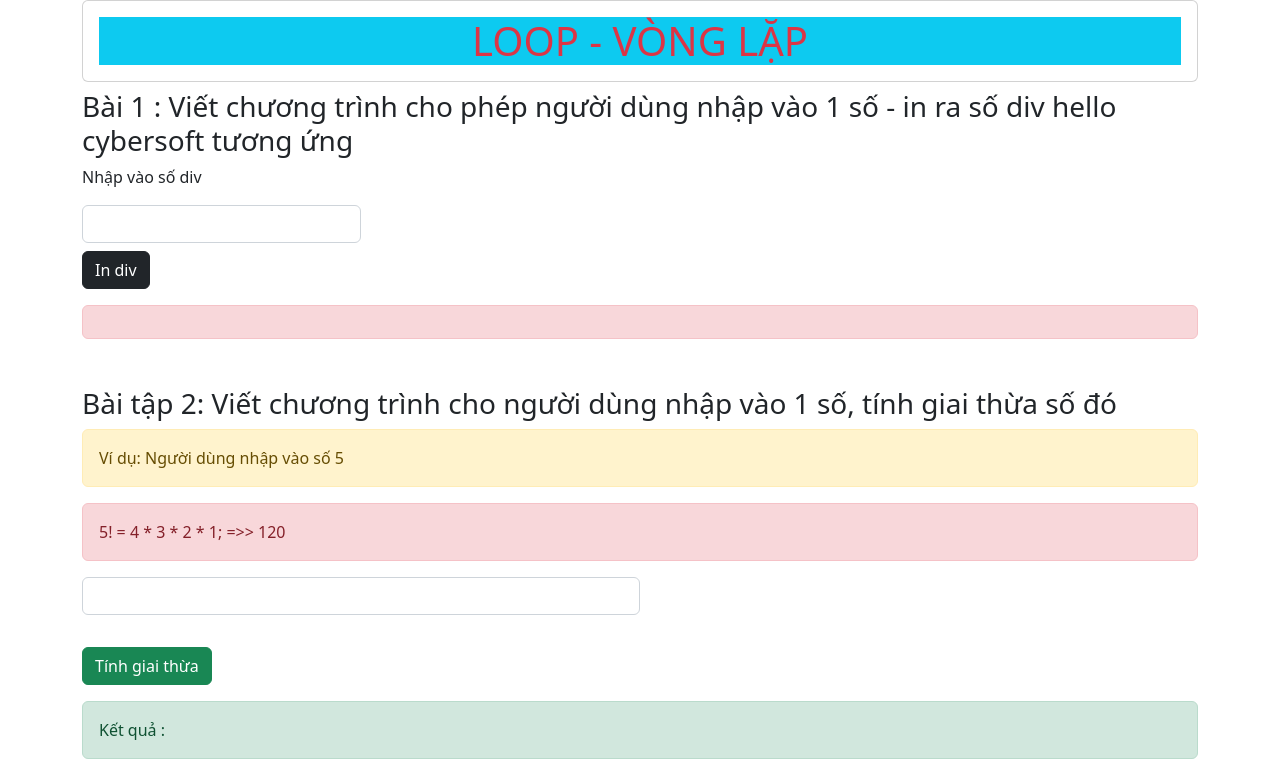
Repository: hcozyph/cyberSoft_JS_fulldocs
Page: JS_6_LOOP/index.html
The author's editor kept a copy of each file at every save. The page is drawn from the files as they stood at one save, then again after the next save.
The browser window is 1280 px wide. The pictures show the whole page.

Above is the page before, as saved 2023-02-08 20:37:46.

### JS_6_LOOP/index.html
<!DOCTYPE html>
<html lang="en">
    <head>
        <title>JS_6_LOOP</title>
        <!-- Required meta tags -->
        <meta charset="utf-8" />
        <meta
            name="viewport"
            content="width=device-width, initial-scale=1, shrink-to-fit=no"
        />

        <!-- Bootstrap CSS v5.2.1 -->
        <link
            href="https://cdn.jsdelivr.net/npm/bootstrap@5.2.1/dist/css/bootstrap.min.css"
            rel="stylesheet"
            integrity="sha384-iYQeCzEYFbKjA/T2uDLTpkwGzCiq6soy8tYaI1GyVh/UjpbCx/TYkiZhlZB6+fzT"
            crossorigin="anonymous"
        />
    </head>

    <body style="margin: 0 auto; padding: 0">
        <div class="container">
            <div class="card">
                <div class="card-body">
                    <h1 class="text-danger text-center bg-info" style="margin: 0 auto">LOOP - VÒNG LẶP</h1>
                </div>
            </div>


            <!-- BT1: Bài tập in ra số div tương ứng -->
            <h3 class="my-2">
                Bài 1 : Viết chương trình cho phép người dùng nhập vào 1 số - in
                ra số div hello cybersoft tương ứng
            </h3>

            <div class="form-group">
                <p>Nhập vào số div</p>
                <input
                    type="text"
                    name=""
                    class="form-control w-25"
                    id="so-div"
                />

                <button class="btn btn-dark my-2" id="btn-in-div">
                    In div
                </button>
            </div>

            <div class="alert alert-danger mt-2 mb-5" id="ket-qua-bai-1"></div>

            <!-- BT2: Tính giai thừa -->
            <h3>
                Bài tập 2: Viết chương trình cho người dùng nhập vào 1 số, tính giai thừa số đó
            </h3>

            <p class="alert alert-warning">
                Ví dụ: Người dùng nhập vào số 5
                <p class="alert alert-danger">
                    5! = 4 * 3 * 2 * 1; =>> 120
                </p>
            </p>

            <div class="form-group">
                <input type="text" id="so-giai-thua" class="form-control w-50"> <br>
                <button class="my-2 btn btn-success" id="btn-tinh-giai-thua">Tính giai thừa</button>
            </div>

            <p class="alert alert-success my-2">
                Kết quả : <span id="ket-qua-bai-2"></span>
            </p>




        </div>

        <!-- Bootstrap JavaScript Libraries -->
        <script
            src="https://cdn.jsdelivr.net/npm/@popperjs/core@2.11.6/dist/umd/popper.min.js"
            integrity="sha384-oBqDVmMz9ATKxIep9tiCxS/Z9fNfEXiDAYTujMAeBAsjFuCZSmKbSSUnQlmh/jp3"
            crossorigin="anonymous"
        ></script>

        <script
            src="https://cdn.jsdelivr.net/npm/bootstrap@5.2.1/dist/js/bootstrap.min.js"
            integrity="sha384-7VPbUDkoPSGFnVtYi0QogXtr74QeVeeIs99Qfg5YCF+TidwNdjvaKZX19NZ/e6oz"
            crossorigin="anonymous"
        ></script>

        <script src="./JS_6/index.js"></script>
    </body>
</html>

### JS_6_LOOP/JS_6/index.js
console.log('lần1');
console.log('lần2');
console.log('lần3');
console.log('lần4');

/*
    Cấu trúc vòng lặp: Dùng để thực hiện 1 hành động được lặp đi lặp lại nhiều lần.

    //CÁC BƯỚC CẤU THÀNH VÒNG LẶP
    B1: Xác định điều kiện thay đổi trong biểu thức lặp (có 1 biến nào đó gọi là biến điều kiện)

    B2: Dựa vào biến thay đổi để thực hiện điều kiện lặp

    B3: Cài đặt xử lý trong mỗi lần lặp

    B4: Thay đổi giá trị của biến điều kiện để đến 1 lúc nào đó nó sẽ dừng

*/

////

//Bước 1: Xác định điều kiện lặp
var soLan = 0;

//Bước 2: Điều kiện lặp
while (soLan <= 5) {
    //Bước 3: xử lý
    console.log('hello CyberSoft ! lần' + soLan);

    //Bước 4: thay đổi điều kiện sau mỗi lần lặp để DỪNG
    soLan += 1;
};

////////////////////////////////////////////////////////

//BÀI 1: Bài tập in ra số div tương ứng

document.getElementById('btn-in-div').onclick = function () {

    //input: số lượng div
    var soLuongDiv = Number(document.getElementById('so-div').value);

    //output:
    var htmlOutput = '';

    //process:

    //B1: xác định điều kiện thay đổi - khai báo biến điều kiện
    var soLan = 1;

    //B2: Điều kiện lặp
    while (soLan <= soLuongDiv) {

        //B3: Xử lý mỗi lần lặp
        htmlOutput = htmlOutput + '<div>Helu</div>';

        //B4: Thay đổi điều kiện để stop loop
        soLan += 1;
    }

    //////////////////Nhớ đặt trong function//////////////
    //In output ra giao điện
    document.getElementById('ket-qua-bai-1').innerHTML = htmlOutput;
}

//BÀI 2: Tính giai thừa

document.getElementById('btn-tinh-giai-thua').onclick = function () {
    //input
    var soGiaiThua = Number(document.getElementById('so-giai-thua').value);

    //output
    var ketQua = 1;

    //process

    var soHang = 1;  //B1: khai báo biến điều kiện

    // B2: Điều kiện lặp
    while ( soHang <= soGiaiThua) {

        //B3: Xử lý
        ketQua *= soHang

        //B4: Thay đổi giá trị điều kiện
        soHang += 1; //soHang++
    }

    //In kết quả ra giao diện
    document.getElementById('ket-qua-bai-2').innerHTML = ketQua;

}

After the next save:
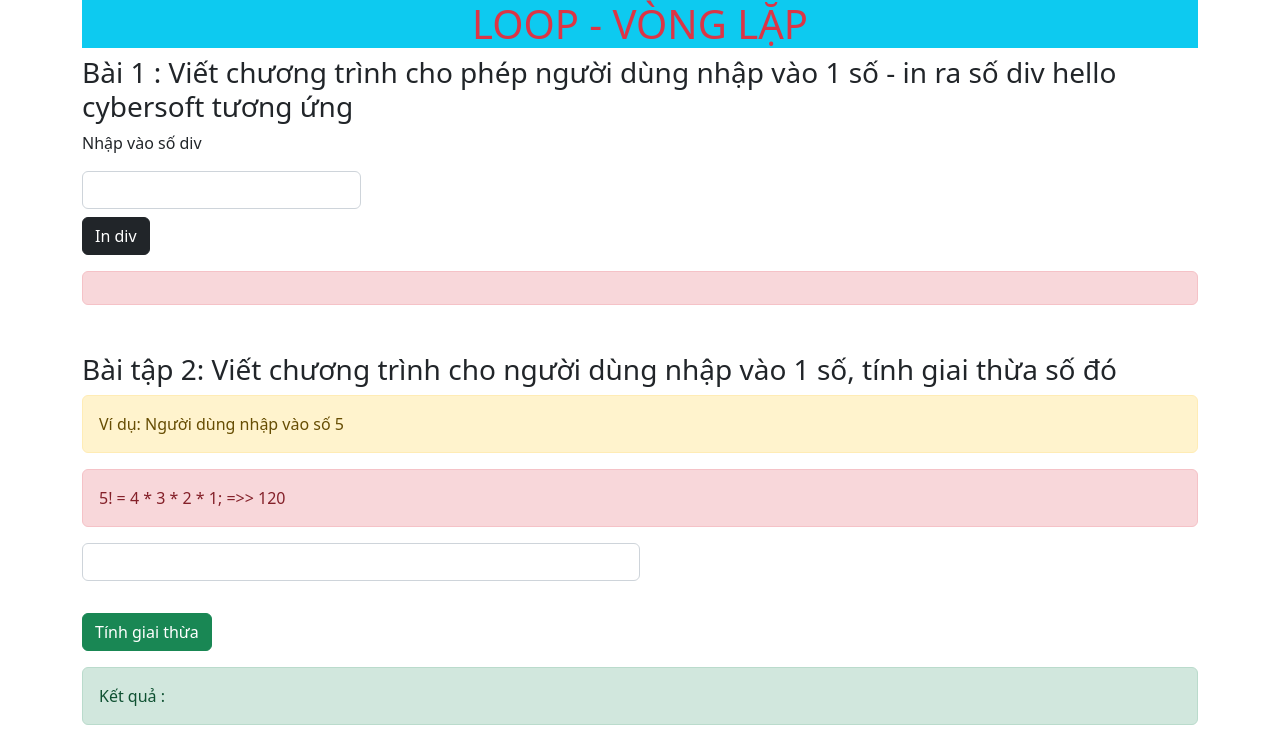
Saved 18 s later.
--- a/JS_6_LOOP/index.html
+++ b/JS_6_LOOP/index.html
@@ -20,11 +20,7 @@
 
     <body style="margin: 0 auto; padding: 0">
         <div class="container">
-            <div class="card">
-                <div class="card-body">
-                    <h1 class="text-danger text-center bg-info" style="margin: 0 auto">LOOP - VÒNG LẶP</h1>
-                </div>
-            </div>
+            <h1 class="text-danger text-center bg-info" style="margin: 0 auto">LOOP - VÒNG LẶP</h1>
 
 
             <!-- BT1: Bài tập in ra số div tương ứng -->
